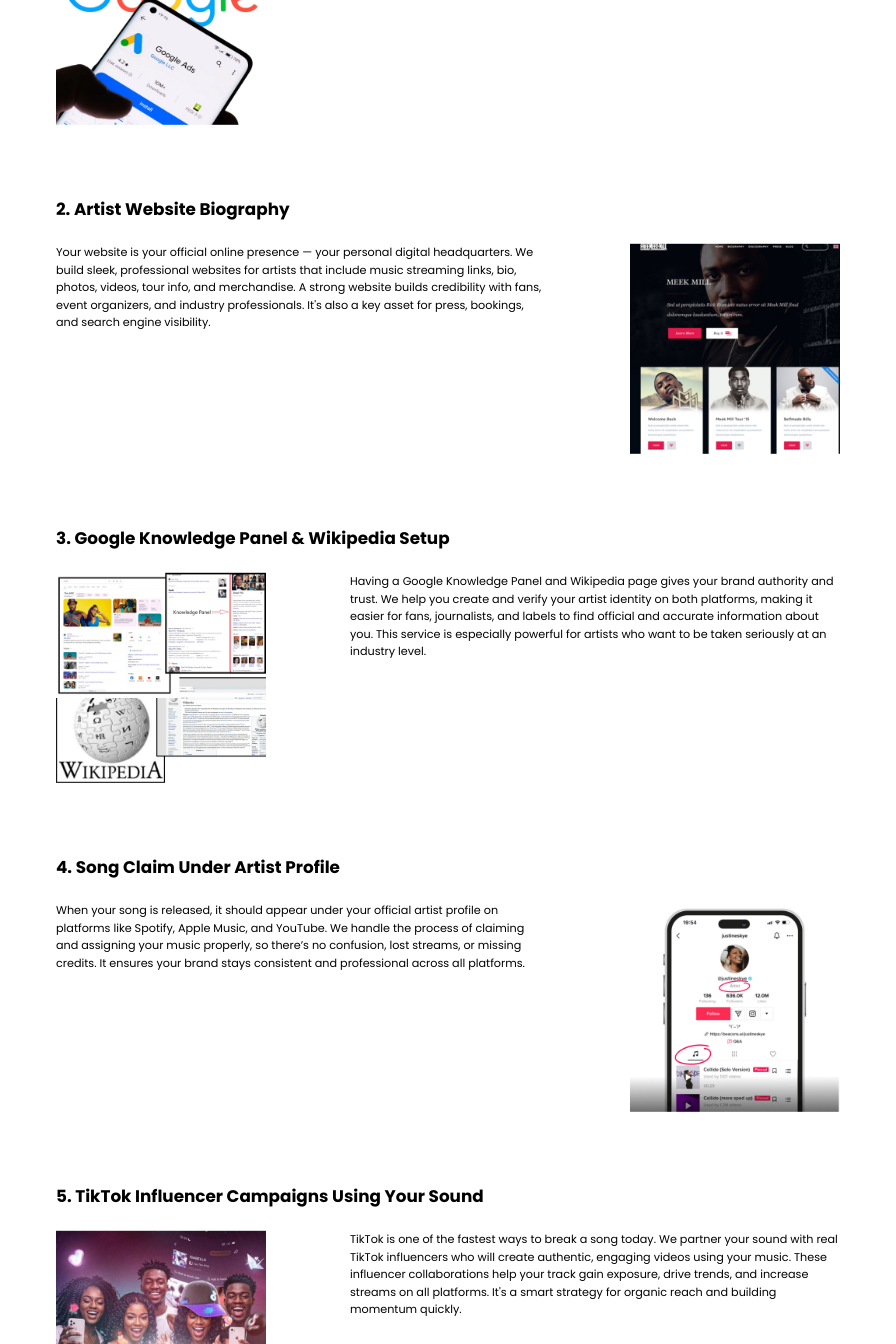
Repository: Ikebobo11/theboss
Page: servicemore.html
The author's editor kept a copy of each file at every save. The page is drawn from the files as they stood at one save, then again after a run of saves.
The browser window is 1280 px wide. The pictures show the part of the page from y = 455 to 2375 px (the page is 3525 px tall before and 3532 px after), at 70% of full size.

Above is the page before, as saved 2025-08-30 23:57:12.

After the next 10 saves:
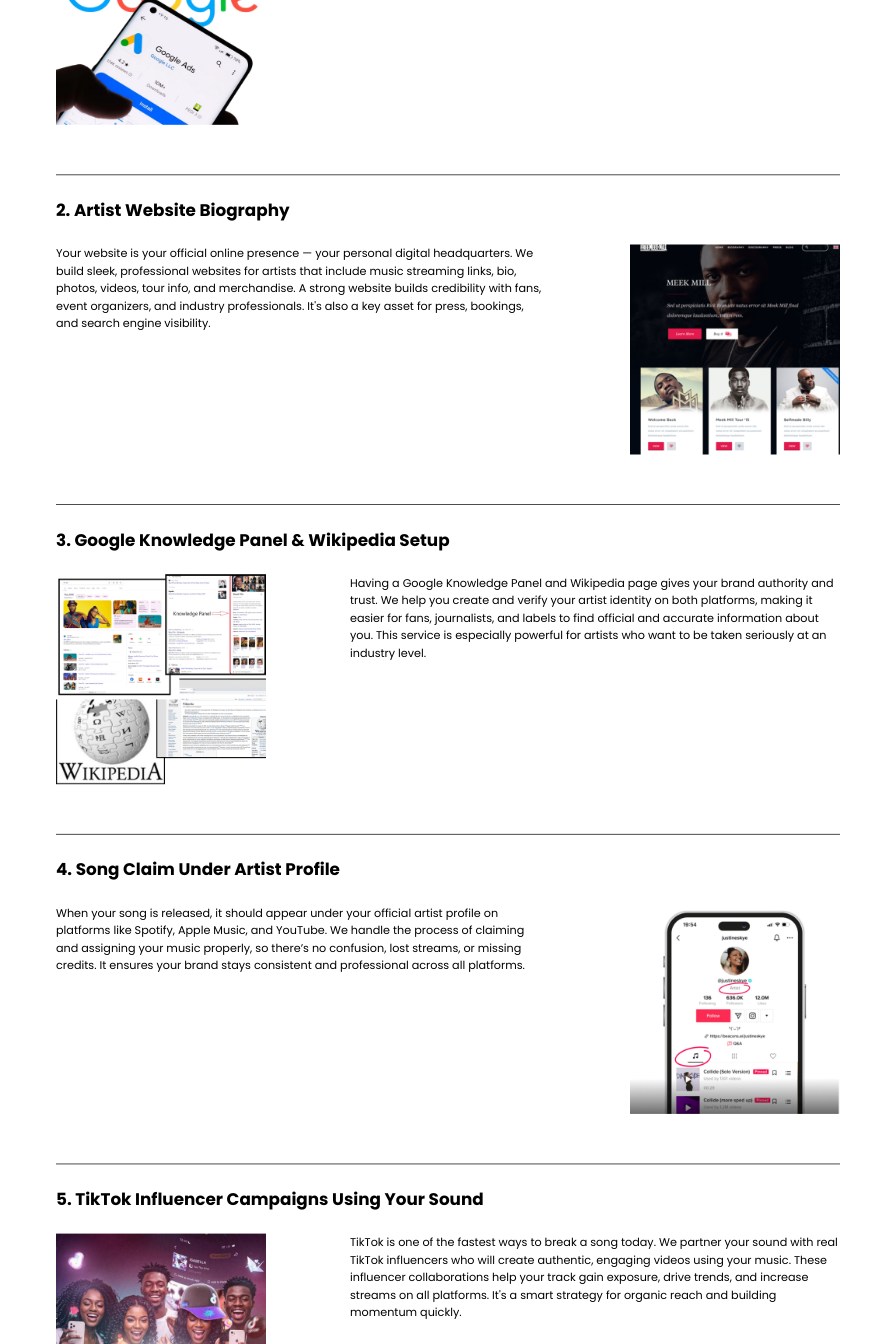
The 10 saves are shown as one change because they came seconds apart.
The last was saved 16 s later.
--- a/servicemore.css
+++ b/servicemore.css
@@ -132,7 +132,7 @@
 }
 .serv{
   padding-block:2rem ;
-  border-bottom: ;
+  border-bottom: 1px solid black;
 }
 .more-content{
   display: flex;
